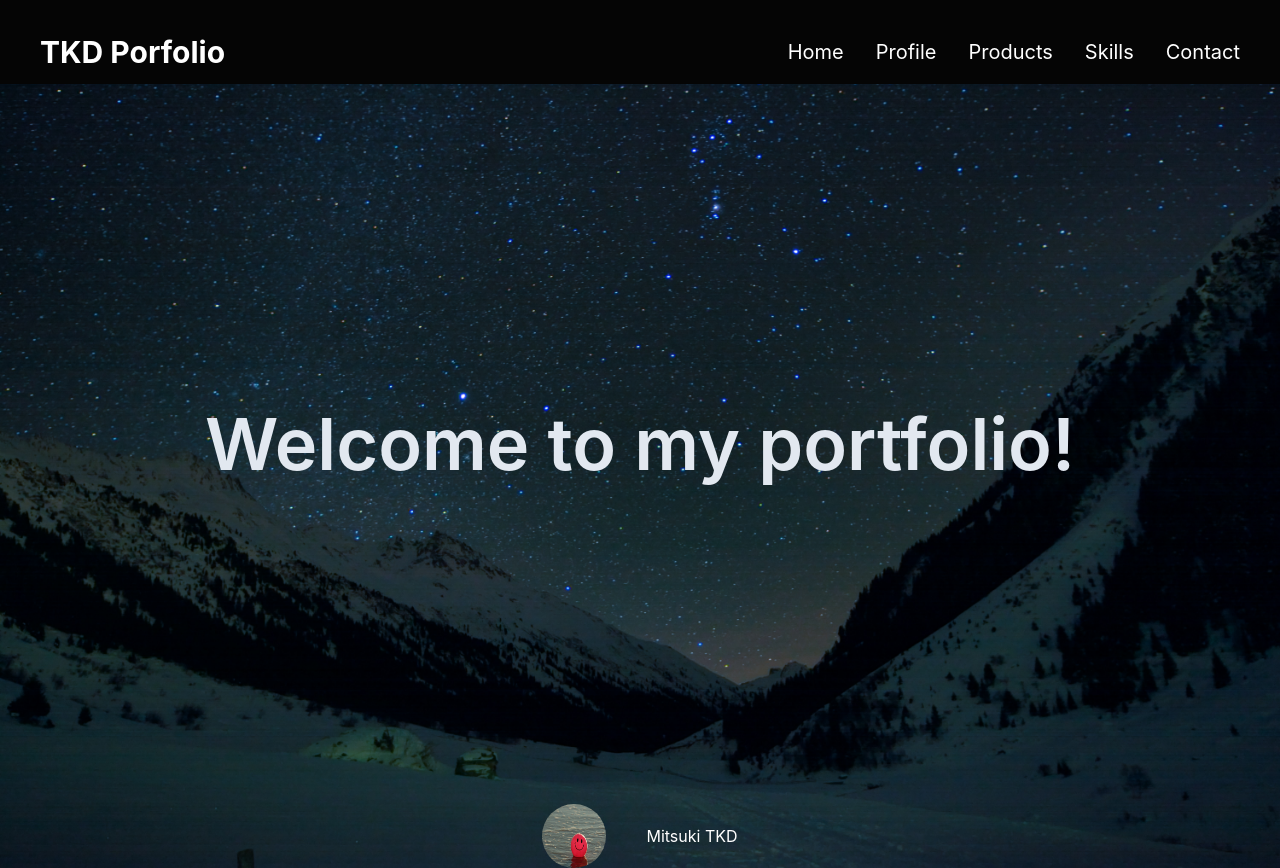
Repository: MitukiTakada/todo-aplication
Page: / (app in design/dev/react-tailwind/react-tailwind/)
These files come from the project's save history. The page is drawn as it stood at one moment and after a run of saves; the edit follows.
The browser window is 1280 px wide. The pictures show the whole page.
The project was rebuilt for these pictures with package versions that can differ from the ones it lists, and the page was loaded fresh each time. Also part of the build but not shown: design/dev/react-tailwind/react-tailwind/src/components/Contact.jsx, design/dev/react-tailwind/react-tailwind/src/components/Products.jsx, design/dev/react-tailwind/react-tailwind/src/components/Profile.jsx, design/dev/react-tailwind/react-tailwind/src/components/Skills.jsx.

Above is the page before, as saved 2022-11-19 15:02:22.

### design/dev/react-tailwind/react-tailwind/public/index.html
<!DOCTYPE html>
<html lang="en">
  <head>
    <meta charset="utf-8" />
    <link rel="icon" href="%PUBLIC_URL%/favicon.ico" />
    <meta name="viewport" content="width=device-width, initial-scale=1" />
    <meta name="theme-color" content="#000000" />
    <meta
      name="description"
      content="Web site created using create-react-app"
    />
    <link rel="apple-touch-icon" href="%PUBLIC_URL%/logo192.png" />
    <link rel ="stylesheet" href="https://cdnjs.cloudflare.com/ajax/libs/font-awesome/5.15.3/css/all.min.css">
    <!--
      manifest.json provides metadata used when your web app is installed on a
      user's mobile device or desktop. See https://developers.google.com/web/fundamentals/web-app-manifest/
    -->
    <link rel="manifest" href="%PUBLIC_URL%/manifest.json" />
    <!--
      Notice the use of %PUBLIC_URL% in the tags above.
      It will be replaced with the URL of the `public` folder during the build.
      Only files inside the `public` folder can be referenced from the HTML.

      Unlike "/favicon.ico" or "favicon.ico", "%PUBLIC_URL%/favicon.ico" will
      work correctly both with client-side routing and a non-root public URL.
      Learn how to configure a non-root public URL by running `npm run build`.
    -->
    <title>React App</title>
  </head>
  <body>
    <noscript>You need to enable JavaScript to run this app.</noscript>
    <div id="root"></div>
    <!--
      This HTML file is a template.
      If you open it directly in the browser, you will see an empty page.

      You can add webfonts, meta tags, or analytics to this file.
      The build step will place the bundled scripts into the <body> tag.

      To begin the development, run `npm start` or `yarn start`.
      To create a production bundle, use `npm run build` or `yarn build`.
    -->
  </body>
</html>

### design/dev/react-tailwind/react-tailwind/src/index.jsx
import React from 'react';
import ReactDOM from 'react-dom/client';
import './index.css';
import App from './App';
import reportWebVitals from './reportWebVitals';
import { BrowserRouter } from 'react-router-dom';
import { ChakraProvider } from '@chakra-ui/provider';

const root = ReactDOM.createRoot(document.getElementById('root'));
root.render(
  <React.StrictMode>
    <BrowserRouter>
        <ChakraProvider>
          <App />
        </ChakraProvider>
    </BrowserRouter>
  </React.StrictMode>
);

// If you want to start measuring performance in your app, pass a function
// to log results (for example: reportWebVitals(console.log))
// or send to an analytics endpoint. Learn more: https://bit.ly/CRA-vitals
reportWebVitals();

### design/dev/react-tailwind/react-tailwind/src/App.jsx
import { BrowserRouter, Routes, Route } from "react-router-dom";
import Contact from "./components/Contact";
import Header from "./components/Header";
import Home from "./components/Home";
import Products from "./components/Products";
import Profile from "./components/Profile";
import Skills from "./components/Skills";


function App() {
  return (
    <div className=" bg-body  text-white w-full sm:px-0 pt-5">
     <Header />
      <Routes>
        <Route path="/" element={<Home />}/>
        <Route path="/prfole" element={<Profile />}/>
        <Route path="products" element={<Products />}/>
        <Route path="/skills" element={<Skills />}/>
        <Route path="/contact" element={<Contact />}/>
      </Routes>
    </div>
  );
}

export default App;

### design/dev/react-tailwind/react-tailwind/src/components/Header.jsx
import React from 'react'
import { Link } from 'react-router-dom'
import "./output.css"
import Hamburger from './atoms/Hamburger'

const Header = () => {
  return (
    <header className="container flex justify-between  w-full items-center mr-0 relative h-16 px-10">
      <div>
        <h2 className="text-2xl font-bold md:text-3xl">TKD Porfolio</h2>
      </div>
      <nav className="flex space-x-8 text-xl ml-8 items-center hidden md:block">
        <Link to={"/"} className="link">Home</Link>
        <Link to={"/profile"} className="link">Profile</Link>
        <Link to={"/products"} className="link">Products</Link>
        <Link to={"/skills"} className="link">Skills</Link>
        <Link to={"/contact"} className="link">Contact</Link>
      </nav>
      <Hamburger className="md:hidden absolute right-3"/>
    </header>
  )
}

export default Header

### design/dev/react-tailwind/react-tailwind/src/components/Home.jsx
import React from 'react'
import mainImage from "../images/main-image.jpeg"
import "./Home.css";
import userImage from "../images/user.jpg"

const Home = () => {
  return (
    <div className="home ">
      <div className="items-center ">
        <h1 className=" font-semibold text-3xl 100v text-center text-slate-200 lg:text-7xl md:text-5xl">Welcome to my portfolio!</h1>
      </div>
      <div className="flex mx-auto px-24 space-x-10 justify-center items-center">
        <img src={userImage} alt="" className="h-16 w-16 rounded-full"/>
        <h2 className="text-">Mitsuki TKD</h2>
      </div>
    </div>
  )
}

export default Home

### design/dev/react-tailwind/react-tailwind/src/components/output.css
.link {
  @apply hover:text-purple-400 transition-all duration-300;
}
.drawer-link {
  @apply hover:text-purple-400 transition-all duration-300 text-xl block text-center my-3;
}
.contact-btn {
  @apply bg-purple-500 font-bold text-xl px-3 py-2 rounded border-none hover:bg-purple-800 duration-300 transition-all mt-10
}
.secondary-title {
  @apply text-3xl font-bold;
}
.secondary-title::before {
  content: "";
  @apply block w-12 h-2 bg-purple-400 rounded-full mb-1;
}

.section-paragraph {
  @apply text-secondary my-6 w-full max-w-3xl
}

.badge {
  @apply px-4 py-2 text-sm rounded bg-badge block
}

.send-btn {
  @apply bg-teal-400 font-bold text-xl px-3 py-2 rounded border-none hover:bg-teal-600 duration-300 transition-all mt-10
}

### design/dev/react-tailwind/react-tailwind/src/components/atoms/Hamburger.jsx
import React from 'react'
import {
  Drawer,
  DrawerBody,
  DrawerOverlay,
  DrawerContent,
  DrawerCloseButton,
  useDisclosure,
  Button
} from '@chakra-ui/react'
import { Link } from 'react-router-dom';
import { HamburgerIcon } from '@chakra-ui/icons';

const Hamburger = () => {
  const { isOpen, onOpen, onClose } = useDisclosure()
  return (
    <div className="md:hidden">
        <HamburgerIcon h={30} w={30} className="hover:text-purple-400 duration-300 transition-all cursor-pointer"
        onClick={onOpen}
        />
        <Drawer isOpen={isOpen} onClose={onClose} placement="left" size="xs">
          <DrawerOverlay>
            <DrawerContent>
              <DrawerBody className="w-2/5 bg-slate-200 h-full p-12">
                <div className="z-20 space-y-5 text-xl">
                  <Link to={"/"} className="link drawer-link">Home</Link>
                  <Link to={"/profile"} className="link drawer-link">Profile</Link>
                  <Link to={"/products"} className="link drawer-link">Products</Link>
                  <Link to={"/skills"} className="link drawer-link">Skills</Link>
                  <Link to={"/contact"} className="link drawer-link">Contact</Link>
                  <DrawerCloseButton className="text-white text-md  p-2 rounded mt-15 mx-auto bg-red-400 transition-all duration-300 hover:bg-red-700 ">閉じる</DrawerCloseButton>
                </div>
              </DrawerBody>
            </DrawerContent>
          </DrawerOverlay>
        </Drawer>
      </div>
  )
}

export default Hamburger

### design/dev/react-tailwind/react-tailwind/src/components/Home.css
.home {
  background-image: url(../images/mountain.jpeg);
  background-position: center;
  background-size: cover;
  height: 100%;
  width: 100%;
}

.home h1 {
  line-height: 100vh;
  align-items: center;
}

### design/dev/react-tailwind/react-tailwind/tailwind.config.js
/** @type {import('tailwindcss').Config} */
module.exports = {
  content: [
    "./src/**/*.{js,jsx,ts,tsx}",
  ],
  theme: {
    extend: {

      colors: {
        body: "#050505",
        secondary: "#9191A4",
        badge: "#3F3F51"
      },
      lineHeight: {
        "100v": "100vh"
      }
    },
  },
  plugins: [],
}

Loaded but not shown: design/dev/react-tailwind/react-tailwind/src/index.css (common file); design/dev/react-tailwind/react-tailwind/src/reportWebVitals.js (common file)

After the next 3 saves:
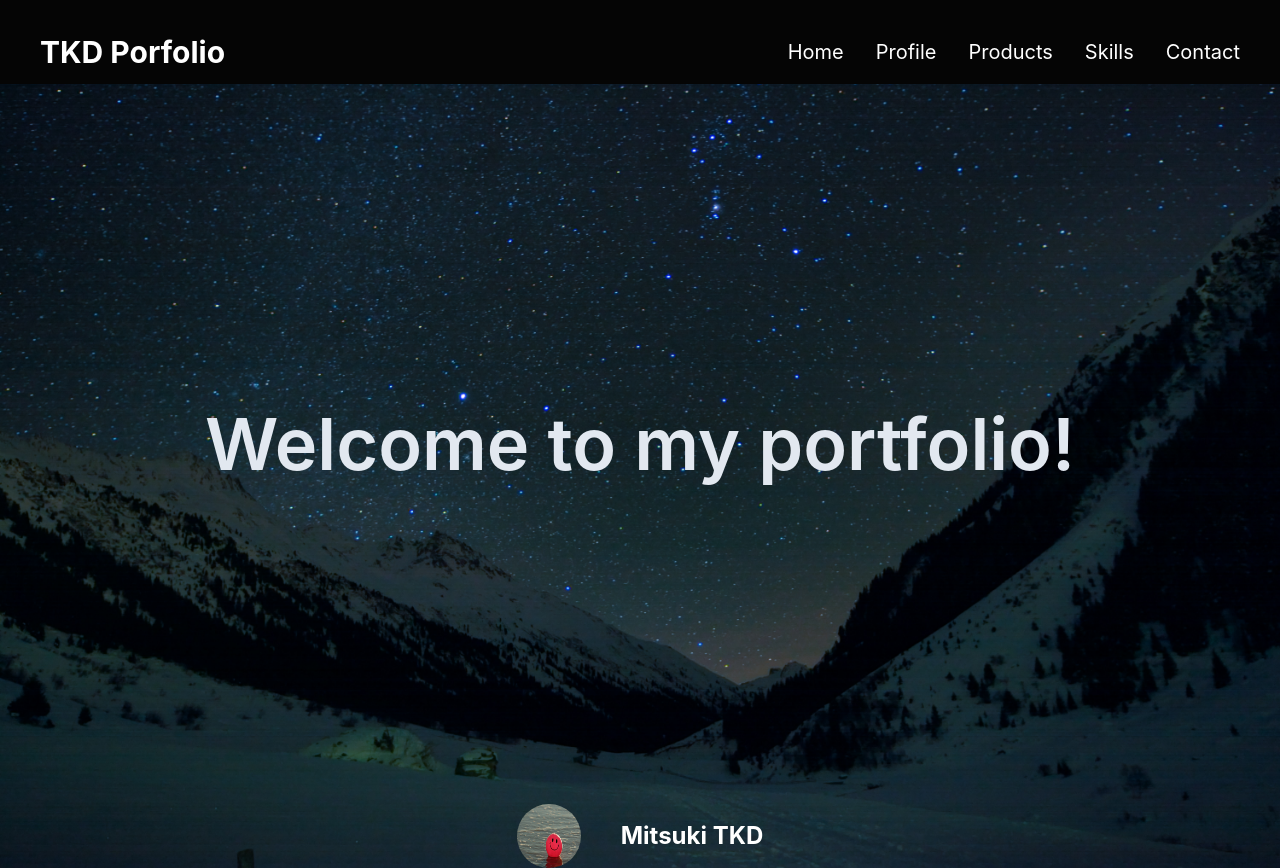
The 3 saves are shown as one change because they came seconds apart.
The last was saved 10 s later.
--- a/design/dev/react-tailwind/react-tailwind/src/components/Home.jsx
+++ b/design/dev/react-tailwind/react-tailwind/src/components/Home.jsx
@@ -11,7 +11,7 @@ const Home = () => {
       </div>
       <div className="flex mx-auto px-24 space-x-10 justify-center items-center">
         <img src={userImage} alt="" className="h-16 w-16 rounded-full"/>
-        <h2 className="text-">Mitsuki TKD</h2>
+        <h2 className="text-2xl font-bold">Mitsuki TKD</h2>
       </div>
     </div>
   )
